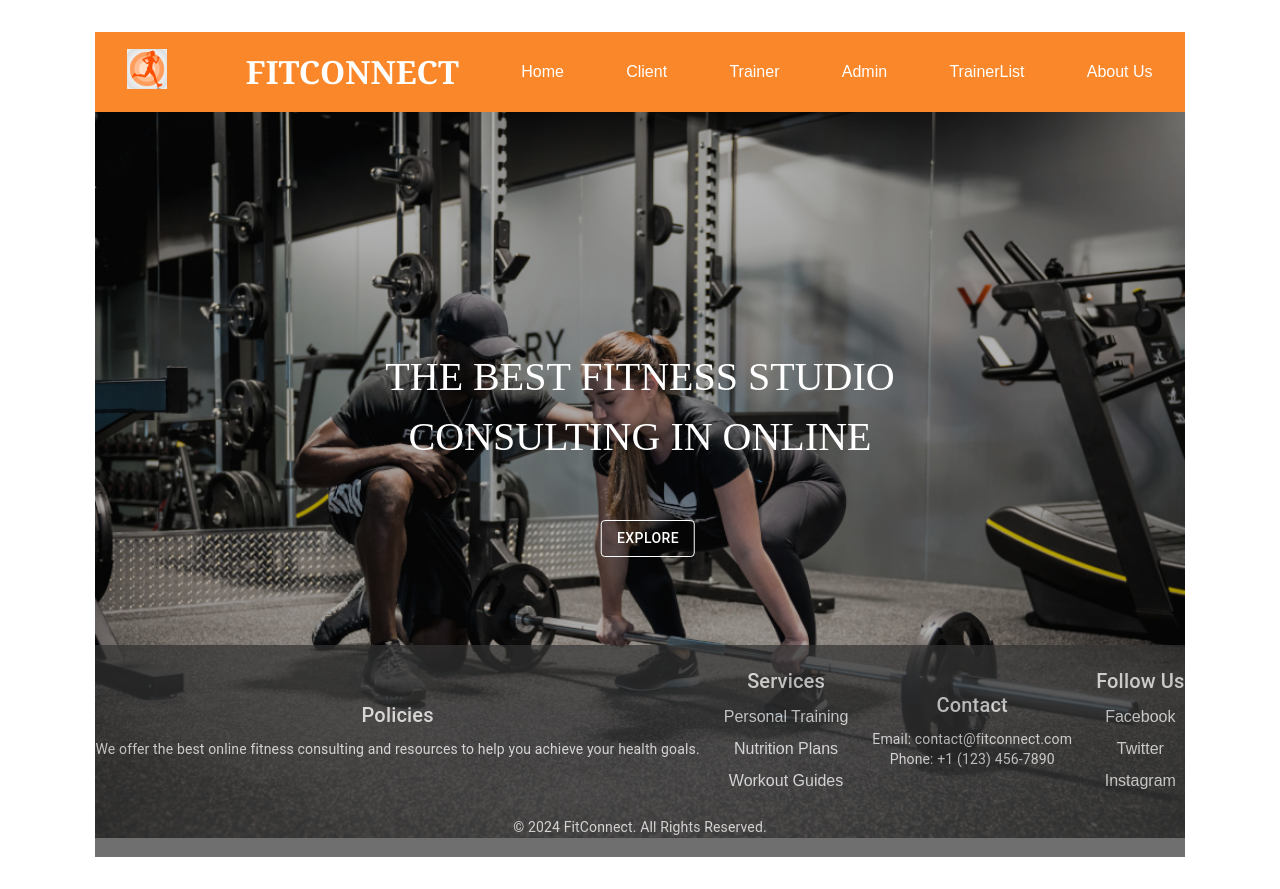
Repository: sarathraj2002/fitconnect
Page: / (app in Frontend/)
These files come from the project's save history. The page is drawn as it stood at one moment and after the next save; the edit follows.
The browser window is 1280 px wide. The pictures show the whole page.
The project was rebuilt for these pictures with package versions that can differ from the ones it lists, and the page was loaded fresh each time. Also part of the build but not shown: Frontend/vite.config.js, Frontend/src/components/ClientPage.jsx, Frontend/src/components/TrainerPage.jsx, Frontend/src/components/AdminPage.css, Frontend/src/components/AdminPage.jsx, Frontend/src/components/TrainerListPage.jsx, Frontend/src/components/AboutUs.jsx, Frontend/src/components/ClientRegister.css and 5 more.

Above is the page before, as saved 2024-11-17 22:42:15.

After the next save:
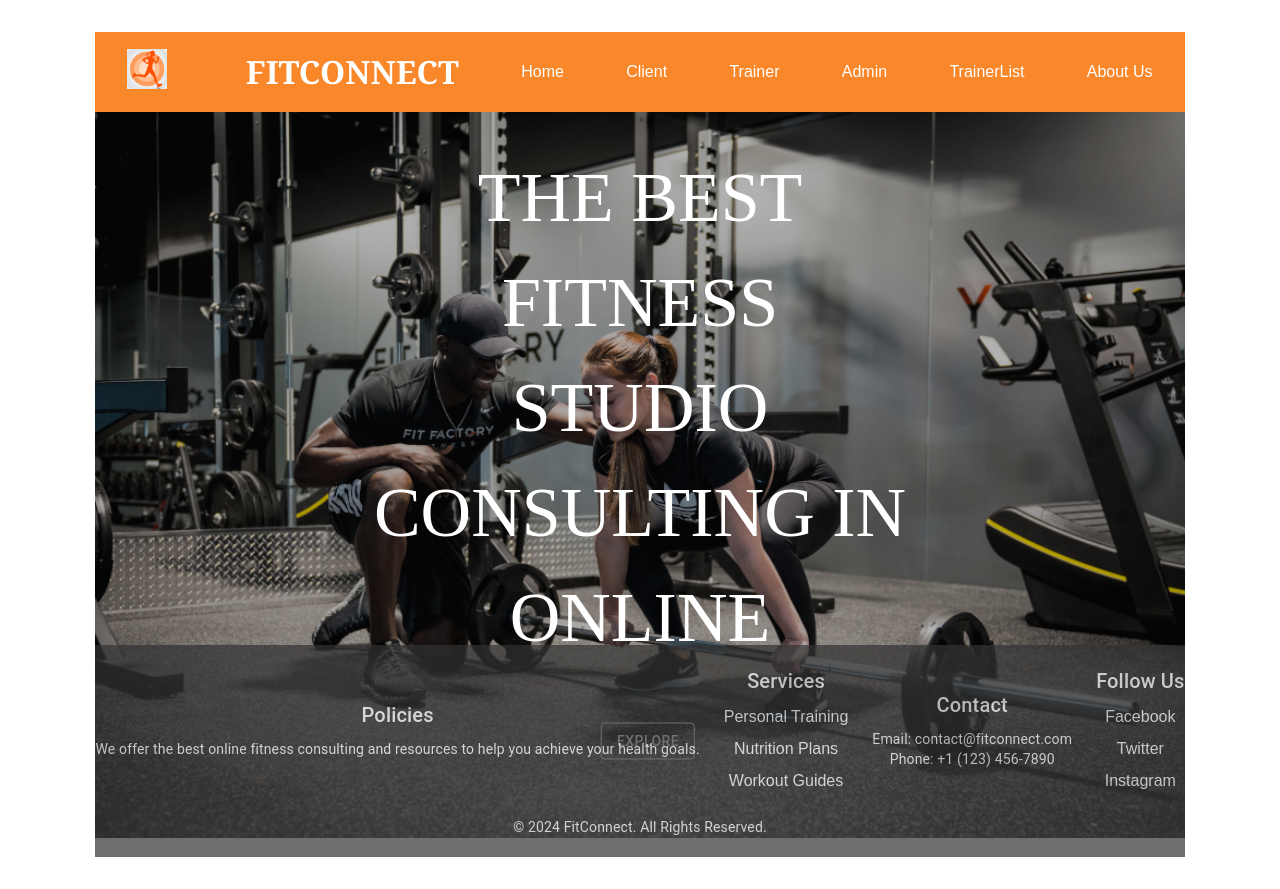
Saved 6 s later.
--- a/Frontend/src/components/Home.jsx
+++ b/Frontend/src/components/Home.jsx
@@ -27,7 +27,7 @@ const Home = () => {
         left: '50%',
         transform: 'translate(-50%, -50%)',
         color: 'white',
-        fontSize: '40px',
+        fontSize: '70px',
 
         fontFamily:'fantasy'
       }}
